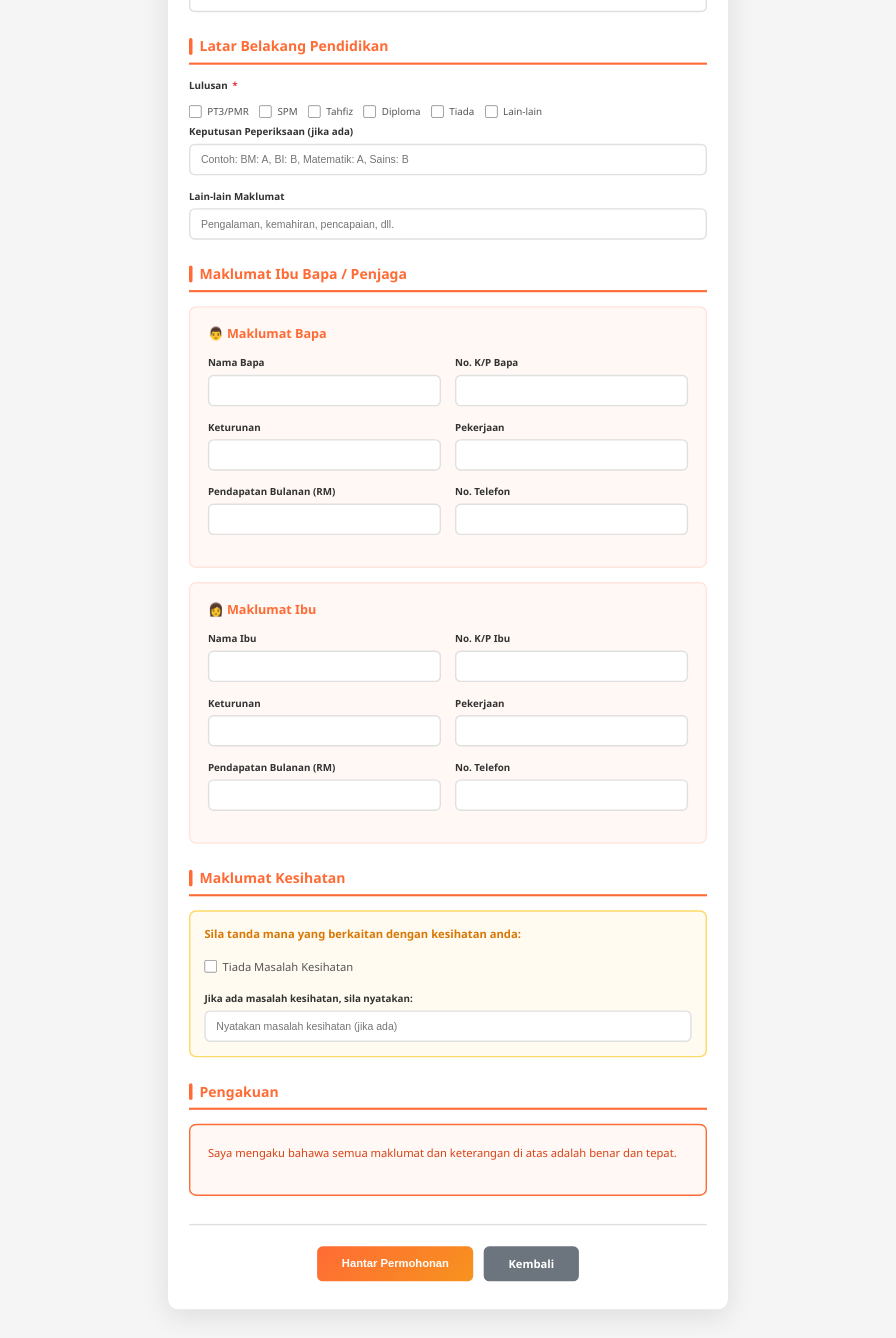
Repository: Aliyamai/SPB1K
Page: borangElektrik.html
The author's editor kept a copy of each file at every save. The page is drawn from the files as they stood at one save, then again after the next save.
The browser window is 1280 px wide. The pictures show the part of the page from y = 988 to 2908 px (the page is 2899 px tall before and 2908 px after), at 70% of full size.

Above is the page before, as saved 2025-11-21 10:51:48.

After the next save:
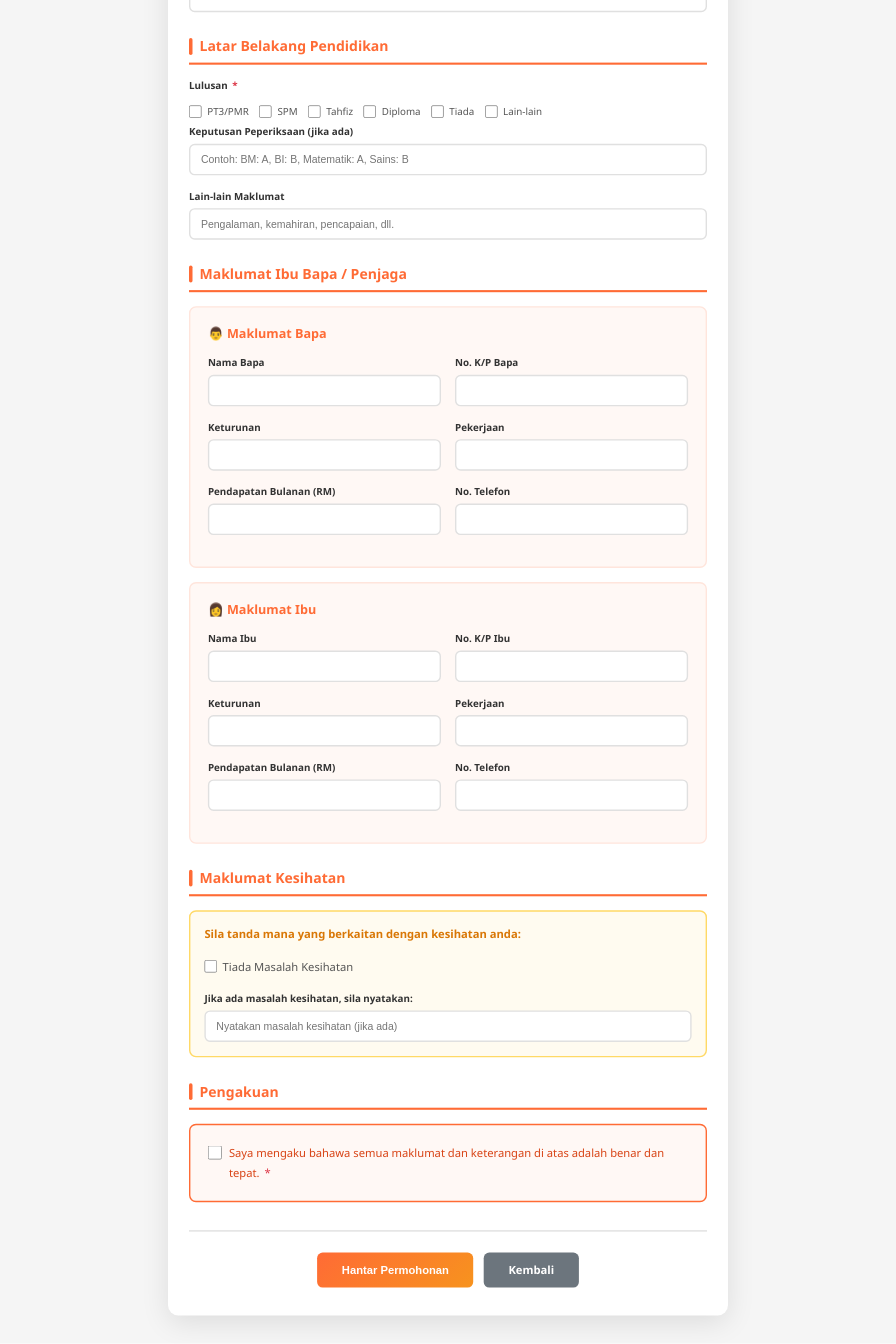
Saved 3 min 44 s later.
--- a/borangElektrik.html
+++ b/borangElektrik.html
@@ -486,15 +486,19 @@
         </div>
       </div>
 
-      <!-- Declaration -->
+     <!-- Declaration -->
       <div class="section">
         <div class="section-title">Pengakuan</div>
 
         <div class="declaration-box">
-          <p>Saya mengaku bahawa semua maklumat dan keterangan di atas adalah benar dan tepat.</p>
+          <label style="display: flex; align-items: flex-start; gap: 10px; cursor: pointer;">
+            <input type="checkbox" name="pengakuan" required style="margin-top: 4px; width: 20px; height: 20px; accent-color: #ff6b35; cursor: pointer;">
+            <span style="flex: 1; line-height: 1.8; color: #d84315; font-weight: 500;">
+              Saya mengaku bahawa semua maklumat dan keterangan di atas adalah benar dan tepat. <span class="required">*</span>
+            </span>
+          </label>
         </div>
       </div>
-
 
       <!-- Action Buttons -->
       <div class="buttons">
